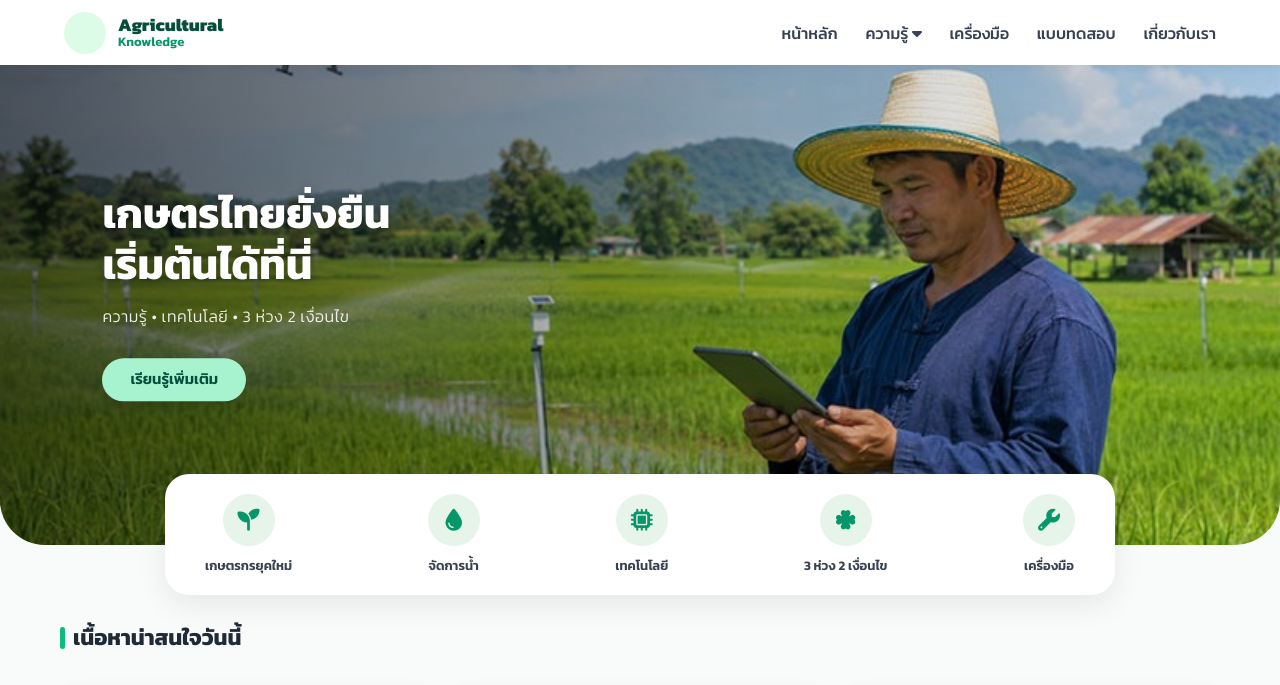
Repository: nuwat-wa/Project-WebdesignAG
Page: ag1.html
An editor plug-in stored every save of this project. The page is shown before and after the next save, followed by the edit.
The browser window is 1280 px wide. The pictures show the part of the page from y = 0 to 685 px (the page is 1534 px tall).
Pictures or frames that could not be fetched are drawn as grey boxes.

Above is the page before, as saved 2026-09-25 19:19:58.

### ag1.html
<!doctype html>
<html lang="en">
  <head>
    <meta charset="UTF-8" />
    <meta name="viewport" content="width=device-width, initial-scale=1.0" />
    <title>Agricultural Knowledge</title>
    <link
      href="https://cdn.jsdelivr.net/npm/bootstrap@5.3.8/dist/css/bootstrap.min.css"
      rel="stylesheet"
      integrity="sha384-sRIl4kxILFvY47J16cr9ZwB07vP4J8+LH7qKQnuqkuIAvNWLzeN8tE5YBujZqJLB"
      crossorigin="anonymous"
    />
    <link
      rel="stylesheet"
      href="https://cdnjs.cloudflare.com/ajax/libs/font-awesome/6.7.2/css/all.min.css"
    />
    <link rel="stylesheet" href="ag1.css" />
  </head>
  <body>
    <header class="header">
      <div class="logo">
        <div class="logo-icon">
          <i class=""></i>
        </div>
        <div class="brand-text">
          <h1 class="title">Agricultural</h1>
          <span class="subtitle">Knowledge</span>
        </div>
      </div>

      <nav class="nav-links">
        <a href="#">หน้าหลัก</a>
        <a href="#">ความรู้ <i class="fa-solid fa-caret-down"></i> </a>
        <a href="#">เครื่องมือ</a>
        <a href="#">แบบทดสอบ</a>
        <a href="#">เกี่ยวกับเรา</a>
      </nav>
    </header>

    <!-- Full-Width Hero Section (เต็มความกว้างจอ) -->
    <section class="hero-section-full">
      <div class="hero-banner-bg">
        <!-- รูปภาพ Hero Background -->
        <img src="img/aghero.jpg" alt="เกษตรไทยยั่งยืน" />
        <div class="overlay"></div>

        <!-- ข้อความบน Hero Banner -->
        <div class="hero-content">
          <h2 class="hero-title">เกษตรไทยยั่งยืน<br />เริ่มต้นได้ที่นี่</h2>
          <p class="hero-subtitle">ความรู้ • เทคโนโลยี • 3 ห่วง 2 เงื่อนไข</p>
          <a href="#" class="btn-learn-more"> เรียนรู้เพิ่มเติม </a>
        </div>
      </div>

      <!-- แถบหมวดหมู่ลอยตรงกลาง (Floating Category Bar) -->
      <div class="category-bar-wrapper">
        <div class="category-bar">
          <a href="#" class="category-item">
            <div class="cat-icon"><i class="fa-solid fa-sprout"></i></div>
            <span>เกษตรกรยุคใหม่</span>
          </a>
          <a href="#" class="category-item">
            <div class="cat-icon"><i class="fa-solid fa-droplet"></i></div>
            <span>จัดการน้ำ</span>
          </a>
          <a href="#" class="category-item">
            <div class="cat-icon"><i class="fa-solid fa-microchip"></i></div>
            <span>เทคโนโลยี</span>
          </a>
          <a href="#" class="category-item">
            <div class="cat-icon"><i class="fa-solid fa-clover"></i></div>
            <span>3 ห่วง 2 เงื่อนไข</span>
          </a>
          <a href="#" class="category-item">
            <div class="cat-icon"><i class="fa-solid fa-wrench"></i></div>
            <span>เครื่องมือ</span>
          </a>
        </div>
      </div>
    </section>

    <!-- Main Content Container (ส่วนเนื้อหาจำกัดความกว้างตรงกลาง) -->
    <main class="main-container">
      <!-- Section: เนื้อหาน่าสนใจวันนี้ -->
      <section class="content-section">
        <div class="section-header">
          <h2 class="section-title">เนื้อหาน่าสนใจวันนี้</h2>
        </div>

        <div class="carousel-container">
          <!-- ปุ่มกดเลื่อน Left / Right -->
          <a href="#card-3" class="slider-btn prev-btn" aria-label="Previous"
            ><i class="fa-solid fa-chevron-left"></i
          ></a>

          <div class="cards-scroll-wrapper">
            <!-- Card 1 -->
            <div class="content-card" id="card-1">
              <div class="card-img-holder">
                <img
                  src="https://images.unsplash.com/photo-1508614589041-895b88991e3e?auto=format&fit=crop&w=600&q=80"
                  alt="เทคโนโลยีโดรนเพื่อการเกษตร"
                />
              </div>
              <div class="card-body">
                <h3>เทคโนโลยีโดรนเพื่อการเกษตร</h3>
              </div>
            </div>

            <!-- Card 2 -->
            <div class="content-card" id="card-2">
              <div class="card-img-holder">
                <img
                  src="https://images.unsplash.com/photo-1592417817098-8f3d6ef23a81?auto=format&fit=crop&w=600&q=80"
                  alt="การจัดการดินอย่างยั่งยืน"
                />
              </div>
              <div class="card-body">
                <h3>การจัดการดินอย่างยั่งยืน</h3>
              </div>
            </div>

            <!-- Card 3 -->
            <div class="content-card" id="card-3">
              <div class="card-img-holder">
                <img
                  src="https://images.unsplash.com/photo-1595855759920-86582396756a?auto=format&fit=crop&w=600&q=80"
                  alt="พืชเศรษฐกิจที่น่าสนใจ"
                />
              </div>
              <div class="card-body">
                <h3>พืชเศรษฐกิจที่น่าสนใจ</h3>
              </div>
            </div>
          </div>

          <a href="#card-2" class="slider-btn next-btn" aria-label="Next"
            ><i class="fa-solid fa-chevron-right"></i
          ></a>
        </div>

        <!-- Green Banner Card -->
        <div class="philosophy-banner">
          <div class="banner-info">
            <span class="banner-badge">ปรัชญาเศรษฐกิจพอเพียง</span>
            <h3 class="banner-title">องค์ความรู้ 3 ห่วง 2 เงื่อนไข</h3>
            <p class="banner-desc">
              แนวทางเพื่อความมั่นคงและยั่งยืนทางการเกษตร
            </p>
          </div>
          <a href="#" class="btn-read-banner">เข้าชม</a>
        </div>
      </section>
    </main>

    <footer class="site-footer">
      <div class="footer-top">
        <!-- โลโก้และคำอธิบาย -->
        <div class="footer-about">
          <div class="footer-logo">
            <span class="footer-logo-icon">🌱</span>

            <div>
              <strong>Agricultural</strong>
              <small>Knowledge</small>
            </div>
          </div>

          <p>
            แพลตฟอร์มการเรียนรู้และคลังความรู้เพื่อการเรียนรู้ด้านการเกษตร
            สนับสนุนเกษตรกรไทยด้วยเทคโนโลยีและองค์ความรู้ที่ยั่งยืน
          </p>
        </div>

        <!-- เมนูหลัก -->
        <div class="footer-column">
          <h3>เมนูหลัก</h3>

          <ul>
            <li><a href="home.html">หน้าหลัก</a></li>
            <li><a href="knowledge.html">ความรู้</a></li>
            <li><a href="tools.html">เครื่องมือ</a></li>
            <li><a href="quiz.html">แบบทดสอบ</a></li>
            <li><a href="about.html">เกี่ยวกับเรา</a></li>
          </ul>
        </div>

        <!-- หมวดความรู้ -->
        <div class="footer-column">
          <h3>ความรู้</h3>

          <ul>
            <li><a href="modern-farming.html">เกษตรยุคใหม่</a></li>
            <li><a href="water.html">การจัดการน้ำ</a></li>
            <li><a href="drone.html">เทคโนโลยีโดรน</a></li>
            <li><a href="sufficiency.html">3 ห่วง 2 เงื่อนไข</a></li>
            <li><a href="crops.html">พืชเศรษฐกิจ</a></li>
          </ul>
        </div>

        <!-- ติดต่อ -->
        <div class="footer-contact">
          <h3>ติดต่อเรา</h3>

          <p>
            ส่งเสริมการเกษตรและเครือข่ายความร่วมมืออัจฉริยะ
            เพื่อยกระดับคุณภาพชีวิตเกษตรกร
          </p>

          <!-- ใส่ URL ของช่องทางจริงใน href -->
          <div class="footer-social">
            <a href="#" aria-label="Facebook">f</a>
            <a href="#" class="social-line" aria-label="LINE">LINE</a>
            <a href="#" aria-label="YouTube">▶</a>
          </div>
        </div>
      </div>

      <!-- ส่วนล่าง -->
      <div class="footer-bottom">
        <p>© 2026 Agricultural Knowledge Platform. All rights reserved.</p>

        <div class="footer-policy">
          <a href="privacy.html">นโยบายความเป็นส่วนตัว</a>
          <span>·</span>
          <a href="terms.html">ข้อกำหนดการใช้งาน</a>
        </div>
      </div>
    </footer>

    <script
      src="https://cdn.jsdelivr.net/npm/bootstrap@5.3.8/dist/js/bootstrap.bundle.min.js"
      integrity="sha384-FKyoEForCGlyvwx9Hj09JcYn3nv7wiPVlz7YYwJrWVcXK/BmnVDxM+D2scQbITxI"
      crossorigin="anonymous"
    ></script>
  </body>
</html>

### ag1.css
@import url('https://fonts.googleapis.com/css2?family=Kanit:ital,wght@0,100;0,200;0,300;0,400;0,500;0,600;0,700;0,800;0,900;1,100;1,200;1,300;1,400;1,500;1,600;1,700;1,800;1,900&display=swap');

* {
  margin: 0;
  padding: 0;
  box-sizing: border-box;
  font-family: "Kanit", sans-serif;
  font-style: normal;
}

body {
  background: #f8fbf9;
  overflow-x: hidden;
}

/* Scrollbar Clean Design */
html {
  scrollbar-width: none;
  -ms-overflow-style: none;
  scroll-behavior: smooth;
}

html::-webkit-scrollbar {
  display: none;
}

/* Header Navbar */
.header {
  position: fixed;
  top: 0;
  left: 0;
  width: 100%;
  padding: 0 5%;
  height: 65px;
  background: white;
  display: flex;
  justify-content: space-between;
  align-items: center;
  box-shadow: 0 2px 10px rgba(0, 0, 0, 0.05);
  z-index: 1000;
}

.logo {
  display: flex;
  align-items: center;
  gap: 12px;
}

.logo-icon {
  width: 42px;
  height: 42px;
  background-color: #dcfce7;
  border-radius: 50%;
  display: flex;
  align-items: center;
  justify-content: center;
}

.brand-text {
  display: flex;
  flex-direction: column;
}

.title {
  margin: 0;
  font-size: 18px;
  font-weight: 800;
  color: #064e3b;
  line-height: 0.95;
}

.subtitle {
  font-size: 13px;
  font-weight: 600;
  color: #059669;
  line-height: 1.1;
  margin-top: 2px;
}

.nav-links a {
  text-decoration: none;
  color: #374151;
  font-weight: 500;
  margin-left: 24px;
  padding-bottom: 4px;
  transition: all 0.2s ease;
}

.nav-links a:hover,
.nav-links a.active {
  color: #2D6A4F;
  border-bottom: 2px solid #2D6A4F;
}

/* -------------------------------------------------------------
   Hero Section Full-Width (ขยายเต็ม 100% หน้าจอ + มุมโค้งล่าง)
---------------------------------------------------------------- */
.hero-section-full {
  position: relative;
  width: 100vw;
  margin-top: 65px; /* ชดเชยความสูง Header */
  margin-bottom: 80px;
  left: 50%;
  right: 50%;
  margin-left: -50vw;
  margin-right: -50vw;
}

.hero-banner-bg {
  position: relative;
  width: 100%;
  height: 480px;
  /* โค้งเฉพาะมุมล่างซ้าย-ขวา */
  border-radius: 0 0 45px 45px;
  overflow: hidden;
  background-color: #0d2818;
}

.hero-banner-bg img {
  width: 100%;
  height: 100%;
  object-fit: cover;
  display: block;
}

.hero-banner-bg .overlay {
  position: absolute;
  top: 0;
  left: 0;
  width: 100%;
  height: 100%;
  background: linear-gradient(90deg, rgba(0,0,0,0.6) 0%, rgba(0,0,0,0.2) 60%, rgba(0,0,0,0) 100%);
}

.hero-content {
  position: absolute;
  top: 48%;
  left: 8%;
  transform: translateY(-50%);
  color: white;
  z-index: 2;
  max-width: 550px;
}

.hero-title {
  font-size: 42px;
  font-weight: 700;
  line-height: 1.2;
  margin-bottom: 14px;
  text-shadow: 0 2px 10px rgba(0, 0, 0, 0.3);
}

.hero-subtitle {
  font-size: 16px;
  font-weight: 300;
  opacity: 0.9;
  margin-bottom: 30px;
  letter-spacing: 0.5px;
}

.btn-learn-more {
  display: inline-flex;
  align-items: center;
  justify-content: center;
  padding: 10px 28px;
  background-color: #a7f3d0;
  color: #064e3b;
  border-radius: 50px;
  text-decoration: none;
  font-weight: 600;
  font-size: 15px;
  box-shadow: 0 4px 15px rgba(0, 0, 0, 0.15);
  transition: all 0.3s ease;
}

.btn-learn-more:hover {
  background-color: #6ee7b7;
  transform: translateY(-2px);
  box-shadow: 0 6px 20px rgba(0, 0, 0, 0.2);
}

/* Floating Category Bar */
.category-bar-wrapper {
  position: absolute;
  bottom: -50px;
  left: 0;
  width: 100%;
  display: flex;
  justify-content: center;
  z-index: 10;
  padding: 0 20px;
}

.category-bar {
  width: 100%;
  max-width: 950px;
  background: white;
  border-radius: 24px;
  padding: 20px 40px;
  display: flex;
  justify-content: space-between;
  align-items: center;
  box-shadow: 0 10px 30px rgba(0, 0, 0, 0.08);
}

.category-item {
  display: flex;
  flex-direction: column;
  align-items: center;
  gap: 10px;
  text-decoration: none;
  color: #374151;
  font-size: 13px;
  font-weight: 600;
  transition: transform 0.2s ease;
}

.category-item:hover {
  transform: translateY(-4px);
  color: #059669;
}

.cat-icon {
  width: 52px;
  height: 52px;
  background-color: #e6f4ea;
  color: #059669;
  border-radius: 50%;
  display: flex;
  align-items: center;
  justify-content: center;
  font-size: 22px;
}

/* -------------------------------------------------------------
   Main Container (จำกัดความกว้างเนื้อหาตรงกลาง)
---------------------------------------------------------------- */
.main-container {
  max-width: 1200px;
  margin: 0 auto;
  padding: 0 20px;
}

/* Section: เนื้อหาน่าสนใจวันนี้ */
.content-section {
  margin-top: 40px;
  margin-bottom: 60px;
}

.section-header {
  margin-bottom: 24px;
}

.section-title {
  font-size: 22px;
  font-weight: 700;
  color: #1f2937;
  display: flex;
  align-items: center;
  gap: 8px;
}

.section-title::before {
  content: "";
  display: inline-block;
  width: 5px;
  height: 22px;
  background-color: #10b981;
  border-radius: 4px;
}

/* Carousel Layout */
.carousel-container {
  position: relative;
  display: flex;
  align-items: center;
}

.slider-btn {
  position: absolute;
  top: 50%;
  transform: translateY(-50%);
  width: 38px;
  height: 38px;
  background: white;
  border-radius: 50%;
  box-shadow: 0 4px 12px rgba(0,0,0,0.15);
  display: flex;
  align-items: center;
  justify-content: center;
  color: #4b5563;
  text-decoration: none;
  z-index: 10;
  transition: all 0.2s ease;
}

.slider-btn:hover {
  background: #10b981;
  color: white;
}

.prev-btn { left: -18px; }
.next-btn { right: -18px; }

.cards-scroll-wrapper {
  display: flex;
  gap: 20px;
  overflow-x: auto;
  scroll-snap-type: x mandatory;
  scroll-behavior: smooth;
  width: 100%;
  padding: 10px 0;
  scrollbar-width: none;
}

.cards-scroll-wrapper::-webkit-scrollbar {
  display: none;
}

.content-card {
  flex: 0 0 calc(33.333% - 14px);
  min-width: 280px;
  background: white;
  border-radius: 16px;
  overflow: hidden;
  box-shadow: 0 4px 15px rgba(0, 0, 0, 0.05);
  scroll-snap-align: start;
  transition: transform 0.3s ease, box-shadow 0.3s ease;
}

.content-card:hover {
  transform: translateY(-5px);
  box-shadow: 0 10px 25px rgba(0, 0, 0, 0.1);
}

.card-img-holder {
  width: 100%;
  height: 180px;
  overflow: hidden;
}

.card-img-holder img {
  width: 100%;
  height: 100%;
  object-fit: cover;
  transition: transform 0.4s ease;
}

.content-card:hover .card-img-holder img {
  transform: scale(1.05);
}

.card-body {
  padding: 18px 20px;
}

.card-body h3 {
  font-size: 15px;
  font-weight: 600;
  color: #1f2937;
  text-align: center;
}

/* Green Banner Card */
.philosophy-banner {
  margin-top: 35px;
  background: linear-gradient(135deg, #064e3b 0%, #047857 100%);
  border-radius: 16px;
  padding: 20px 32px;
  display: flex;
  justify-content: space-between;
  align-items: center;
  color: white;
  box-shadow: 0 8px 20px rgba(6, 78, 59, 0.15);
}

.banner-badge {
  font-size: 11px;
  background: rgba(255, 255, 255, 0.15);
  padding: 3px 10px;
  border-radius: 20px;
  display: inline-block;
  margin-bottom: 6px;
}

.banner-title {
  font-size: 18px;
  font-weight: 700;
  margin-bottom: 2px;
}

.banner-desc {
  font-size: 13px;
  opacity: 0.85;
}

.btn-read-banner {
  background: white;
  color: #064e3b;
  padding: 8px 26px;
  border-radius: 30px;
  text-decoration: none;
  font-weight: 600;
  font-size: 14px;
  transition: all 0.2s ease;
}

.btn-read-banner:hover {
  background: #dcfce7;
  transform: scale(1.03);
}

/* Footer Section */
.site-footer {
  padding: 50px 4% 25px;
  background-color: #193f31;
  color: #a4bdb0;
  font-size: 14px;
  line-height: 1.7;
  width: 100%;
}

.site-footer a {
  color: #a4bdb0;
  text-decoration: none;
}

.site-footer a:hover {
  color: #65dfb0;
}

.site-footer .footer-top {
  display: flex;
  justify-content: space-between;
  gap: 45px;
  max-width: 1200px;
  margin: auto;
}

.site-footer .footer-about { flex: 1.6; min-width: 0; }
.site-footer .footer-column { flex: 0.9; min-width: 0; }
.site-footer .footer-contact { flex: 1.2; min-width: 0; }

.site-footer .footer-logo {
  display: flex;
  align-items: center;
  gap: 10px;
  margin-bottom: 20px;
}

.site-footer .footer-logo-icon {
  display: flex;
  align-items: center;
  justify-content: center;
  width: 34px;
  height: 34px;
  border-radius: 50%;
  background-color: #245b42;
  font-size: 20px;
}

.site-footer .footer-logo strong {
  display: block;
  color: #bdd0c5;
  font-size: 18px;
  line-height: 1.2;
}

.site-footer .footer-logo small {
  display: block;
  color: #50c998;
  font-size: 11px;
}

.site-footer h3 {
  margin: 0 0 18px;
  color: white;
  font-size: 16px;
}

.site-footer h3::before {
  content: "•";
  margin-right: 8px;
  color: #3bd4a0;
}

.site-footer ul {
  margin: 0;
  padding: 0;
  list-style: none;
}

.site-footer li {
  margin-bottom: 8px;
}

.site-footer .footer-social {
  display: flex;
  gap: 12px;
  margin-top: 25px;
}

.site-footer .footer-social a {
  display: flex;
  align-items: center;
  justify-content: center;
  width: 36px;
  height: 36px;
  border-radius: 50%;
  background-color: #224b3b;
  color: #6ce4b6;
  font-size: 16px;
}

.site-footer .footer-social a:hover {
  background-color: #30634e;
}

.site-footer .footer-bottom {
  display: flex;
  justify-content: space-between;
  align-items: center;
  gap: 20px;
  max-width: 1200px;
  margin: 40px auto 0;
  padding-top: 22px;
  border-top: 1px solid #2b5140;
  font-size: 12px;
}

.site-footer .footer-policy {
  display: flex;
  gap: 15px;
}

/* Responsive Handling */
@media (max-width: 992px) {
  .hero-title { font-size: 32px; }
  .nav-links { display: none; }
  .content-card { flex: 0 0 calc(50% - 10px); }
  .category-bar { max-width: 90%; padding: 15px 10px; }
  .category-item span { font-size: 11px; }
}

@media (max-width: 768px) {
  .hero-banner-bg { height: 400px; border-radius: 0 0 30px 30px; }
  .hero-content { left: 5%; right: 5%; }
  .category-bar-wrapper {
    position: relative;
    bottom: auto;
    margin-top: -35px;
  }
  .category-bar {
    overflow-x: auto;
    justify-content: flex-start;
    gap: 20px;
    border-radius: 16px;
  }
  .content-card { flex: 0 0 85%; }
  .philosophy-banner {
    flex-direction: column;
    align-items: flex-start;
    gap: 16px;
  }
  .site-footer .footer-top {
    flex-wrap: wrap;
    gap: 30px;
  }
  .site-footer .footer-about,
  .site-footer .footer-column,
  .site-footer .footer-contact { flex: 1 1 45%; }
}

@media (max-width: 480px) {
  .hero-title { font-size: 26px; }
  .hero-subtitle { font-size: 13px; }
  .site-footer .footer-top { flex-direction: column; }
  .site-footer .footer-about,
  .site-footer .footer-column,
  .site-footer .footer-contact { flex: 1 1 100%; }
}

After the next save:
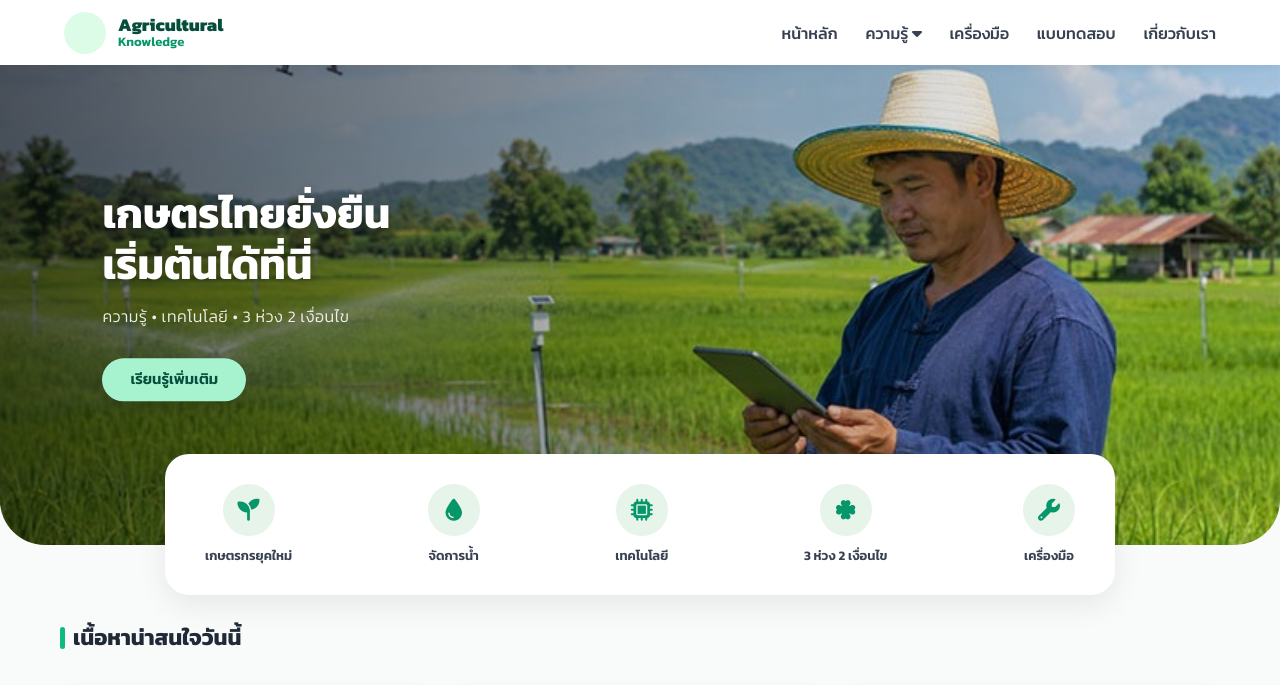
Saved 11 s later.
--- a/ag1.css
+++ b/ag1.css
@@ -196,7 +196,7 @@ html::-webkit-scrollbar {
   max-width: 950px;
   background: white;
   border-radius: 24px;
-  padding: 20px 40px;
+  padding: 30px 40px;
   display: flex;
   justify-content: space-between;
   align-items: center;
